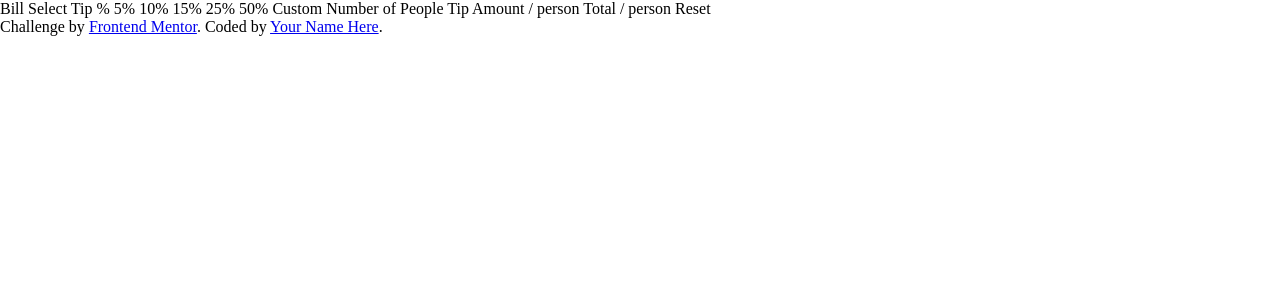
Repository: Jay-JYKim91/FM_tip-calculator
Page: index.html
An editor plug-in stored every save of this project. The page is shown before and after the next save, followed by the edit.
The browser window is 1280 px wide. The pictures show the whole page.

Above is the page before, as saved 2021-12-20 23:00:40.

After the next save:
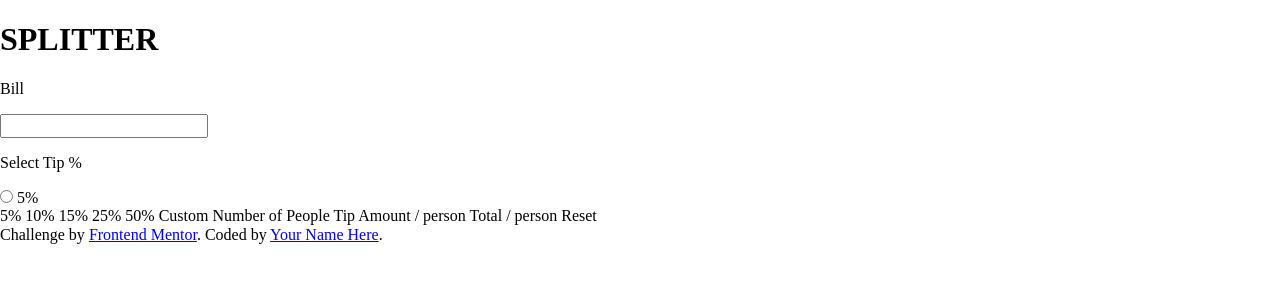
Saved 8 min 39 s later.
--- a/index.html
+++ b/index.html
@@ -16,10 +16,23 @@
 
 </head>
 <body>
+  <main class="container">
+    <h1>SPLITTER</h1>
+    <section class="calculator-wrapper">
+      <article>
+        <p class="title">Bill</p>
+        <input type="text">
+      </article>
+      <article>
+        <p class="title">Select Tip %</p>
+        <input type="radio" id="5%">
+        <label for="5%">5%</label>
+      </article>
+    </section>
+  </main>
 
-  Bill
 
-  Select Tip %
+
   5%
   10%
   15%
